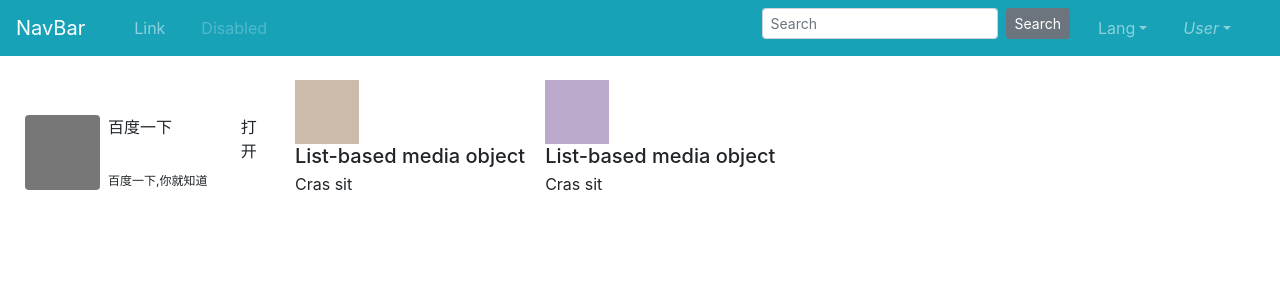
Repository: Funnyrz/vue-nav
Page: /
An editor plug-in stored every save of this project. The page is shown before and after the next save, followed by the edit.
The browser window is 1280 px wide. The pictures show the whole page.
The project was rebuilt for these pictures with package versions that can differ from the ones it lists, and the page was loaded fresh each time.

Above is the page before, as saved 2020-08-26 12:12:39.

### public/index.html
<!DOCTYPE html>
<html lang="en">
  <head>
    <meta charset="utf-8">
    <meta http-equiv="X-UA-Compatible" content="IE=edge">
    <meta name="viewport" content="width=device-width,initial-scale=1.0">
    <link rel="icon" href="<%= BASE_URL %>favicon.ico">
    <title>vue-pic</title>
  </head>
  <body>
    <noscript>
      <strong>We're sorry but vue-pic doesn't work properly without JavaScript enabled. Please enable it to continue.</strong>
    </noscript>
    <div id="app"></div>
    <!-- built files will be auto injected -->
  </body>
</html>

### src/main.js
import Vue from 'vue'
import App from './App.vue'
import 'bootstrap/dist/css/bootstrap.css'
import 'bootstrap-vue/dist/bootstrap-vue.css'
import BootstrapVue from 'bootstrap-vue'
// ES Modules syntax

// require syntax

Vue.use(BootstrapVue)
Vue.config.productionTip = false

new Vue({
  render: h => h(App),
}).$mount('#app')

### src/App.vue
<template>
  <div id="app">
    <HelloWorld msg="Welcome to Your Vue.js App" />
  </div>
</template>

<script>
import HelloWorld from "./components/HelloWorld.vue";

export default {
  name: "app",
  components: {
    HelloWorld
  }
};
</script>

<style>
.container-fluid {
  width: 80%;
}
</style>

### src/components/HelloWorld.vue
<template>
  <div class="hello">
    <div>
      <b-navbar toggleable="lg" type="dark" variant="info">
        <b-navbar-brand href="#">NavBar</b-navbar-brand>

        <b-navbar-toggle target="nav-collapse"></b-navbar-toggle>
        <b-container fluid>
          <b-collapse id="nav-collapse" is-nav>
            <b-navbar-nav>
              <b-nav-item href="#">Link</b-nav-item>
              <b-nav-item href="#" disabled>Disabled</b-nav-item>
            </b-navbar-nav>

            <!-- Right aligned nav items -->
            <b-navbar-nav class="ml-auto">
              <b-nav-form>
                <b-form-input size="sm" class="mr-sm-2" placeholder="Search"></b-form-input>
                <b-button size="sm" class="my-2 my-sm-0" type="submit">Search</b-button>
              </b-nav-form>

              <b-nav-item-dropdown text="Lang" right>
                <b-dropdown-item href="#">EN</b-dropdown-item>
                <b-dropdown-item href="#">ES</b-dropdown-item>
                <b-dropdown-item href="#">RU</b-dropdown-item>
                <b-dropdown-item href="#">FA</b-dropdown-item>
              </b-nav-item-dropdown>

              <b-nav-item-dropdown right>
                <!-- Using 'button-content' slot -->
                <template v-slot:button-content>
                  <em>User</em>
                </template>
                <b-dropdown-item href="#">Profile</b-dropdown-item>
                <b-dropdown-item href="#">Sign Out</b-dropdown-item>
              </b-nav-item-dropdown>
            </b-navbar-nav>
          </b-collapse>
        </b-container>
      </b-navbar>

      <b-container fluid>
        <div>
          <ul class="list-unstyled">
            <b-media tag="li" style="width:20%">
              <template v-slot:aside>
                <b-img v-bind="mainProps" rounded alt="placeholder"></b-img>
                <div class="nav-card">
                  百度一下
                 <div class="nav-card-text">
                  百度一下,你就知道
                </div>
                </div>
               <div>
                 打开
               </div>
              </template>
            </b-media>

            <b-media tag="li" class="my-4">
              <template v-slot:aside>
                <b-img blank blank-color="#cba" width="64" alt="placeholder"></b-img>
              </template>

              <h5 class="mt-0 mb-1">List-based media object</h5>
              <p class="mb-0">Cras sit</p>
            </b-media>

            <b-media tag="li">
              <template v-slot:aside>
                <b-img blank blank-color="#bac" width="64" alt="placeholder"></b-img>
              </template>

              <h5 class="mt-0 mb-1">List-based media object</h5>
              <p class="mb-0">Cras sit</p>
            </b-media>
          </ul>
        </div>
      </b-container>
    </div>
  </div>
</template>

<script>
export default {
  name: "HelloWorld",
  props: {
    msg: String
  },
  data() {
    return {
      mainProps: {
        blank: true,
        blankColor: "#777",
        width: 75,
        height: 75,
        class: "m1"
      }
    };
  },
  mounted() {}
};
</script>

<!-- Add "scoped" attribute to limit CSS to this component only -->
<style scoped>
h3 {
  margin: 40px 0 0;
}
ul {
  list-style-type: none;
  padding: 0;
}
li {
  display: inline-block;
  margin: 0 10px;
}
a {
  color: #42b983;
}
.nav-card{position:relative;width:100%;margin-left: 8px;}
.nav-card-text{
  font-size:12px;bottom:0px;position:absolute;
}
</style>

After the next save:
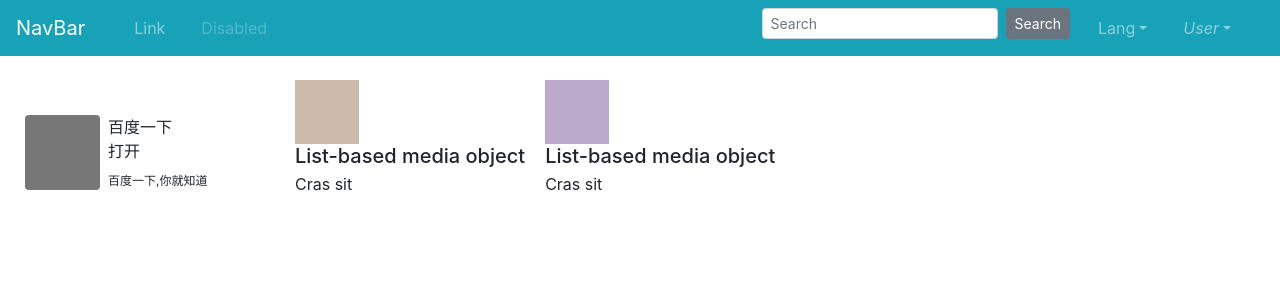
Saved 50 s later.
--- a/src/components/HelloWorld.vue
+++ b/src/components/HelloWorld.vue
@@ -50,10 +50,11 @@
                  <div class="nav-card-text">
                   百度一下,你就知道
                 </div>
-                </div>
-               <div>
+                <div>
                  打开
                </div>
+                </div>
+
               </template>
             </b-media>
 
